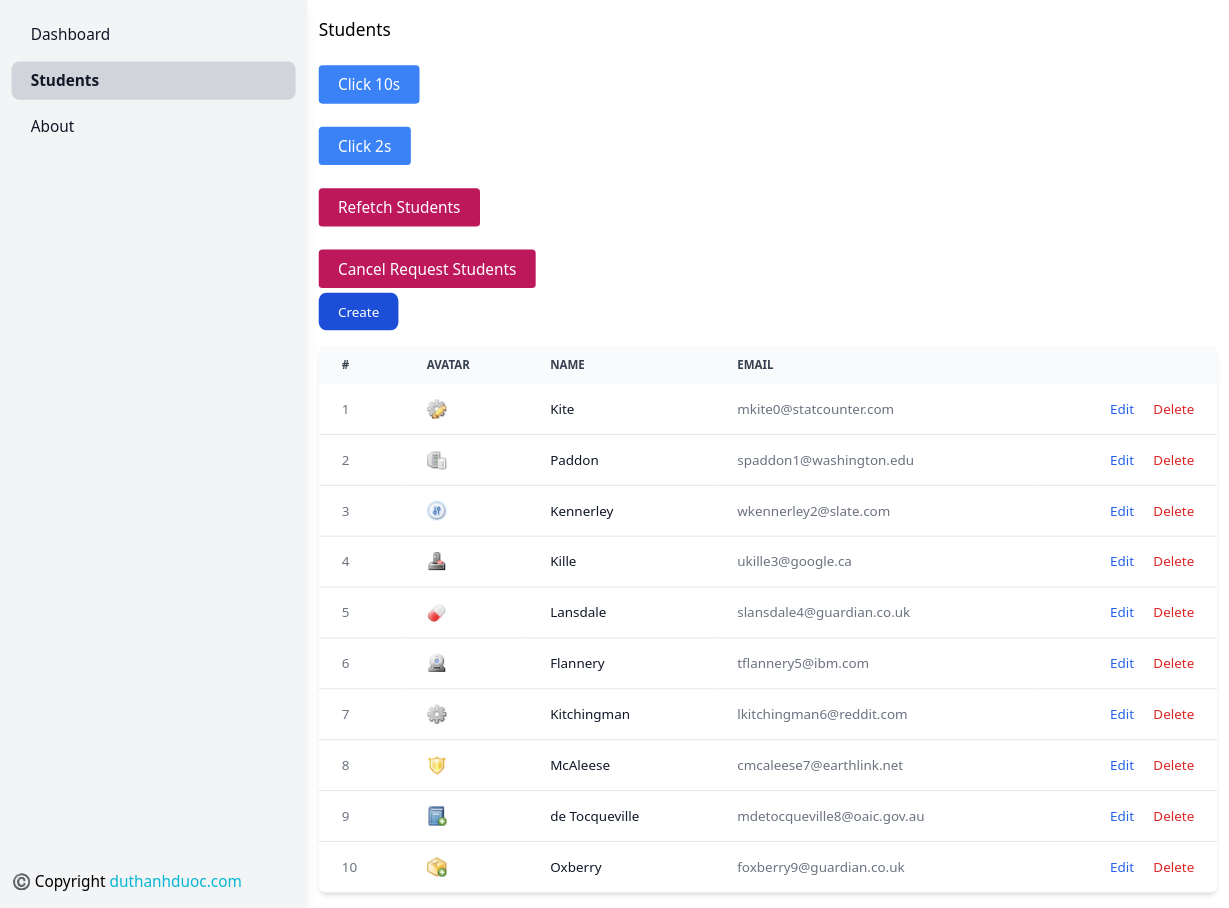
Repository: DoCaoLong/react-query
Page: /students (app in client/)
The author's editor kept a copy of each file at every save. The page is drawn from the files as they stood at one save, then again after the next save.
The browser window is 1280 px wide. The pictures show the whole page, at 96% of full size.
The project was rebuilt for these pictures with package versions that can differ from the ones it lists, and the page was loaded fresh each time. Some packages were replaced by stand-ins written for this rebuild. Requests to the local data server were answered from the project's data file. Also part of the build but not shown: client/src/pages/About/About.tsx, client/src/utils/isAxiosError.ts, client/src/pages/AddStudent/AddStudent.tsx, client/src/pages/Dashboard/Dashboard.tsx, client/src/pages/NotFound/NotFound.tsx.

Above is the page before, as saved 2023-04-25 11:54:53.

### client/src/App.tsx
import { useIsFetching, useIsMutating } from '@tanstack/react-query'
import Spinner from 'components/Spinner'
import MainLayout from 'layouts/MainLayout'
import About from 'pages/About'
import AddStudent from 'pages/AddStudent'
import Dashboard from 'pages/Dashboard'
import NotFound from 'pages/NotFound'
import Students from 'pages/Students'
import { useRoutes } from 'react-router-dom'

function App() {
  const elements = useRoutes([
    {
      path: '/',
      element: <Dashboard />
    },
    {
      path: '/students',
      element: <Students />
    },
    {
      path: '/students/:id',
      element: <AddStudent />
    },
    {
      path: '/students/add',
      element: <AddStudent />
    },
    {
      path: '/about',
      element: <About />
    },
    {
      path: '*',
      element: <NotFound />
    }
  ])

  const isFetching = useIsFetching()
  const isMutating = useIsMutating()

  return (
    <div className='App'>
      {isFetching + isMutating !== 0 && <Spinner />}
      <MainLayout>{elements}</MainLayout>
    </div>
  )
}

export default App

### client/src/components/Spinner/index.ts
import Spinner from 'components/Spinner/Spinner'

export default Spinner

### client/src/components/Spinner/Spinner.tsx
import React from 'react'

export default function Spinner() {
  return (
    <div role='status'>
      <svg
        aria-hidden='true'
        className='mr-2 h-8 w-8 animate-spin fill-blue-600 text-gray-200 dark:text-gray-600'
        viewBox='0 0 100 101'
        fill='none'
        xmlns='http://www.w3.org/2000/svg'
      >
        <path
          d='M100 50.5908C100 78.2051 77.6142 100.591 50 100.591C22.3858 100.591 0 78.2051 0 50.5908C0 22.9766 22.3858 0.59082 50 0.59082C77.6142 0.59082 100 22.9766 100 50.5908ZM9.08144 50.5908C9.08144 73.1895 27.4013 91.5094 50 91.5094C72.5987 91.5094 90.9186 73.1895 90.9186 50.5908C90.9186 27.9921 72.5987 9.67226 50 9.67226C27.4013 9.67226 9.08144 27.9921 9.08144 50.5908Z'
          fill='currentColor'
        />
        <path
          d='M93.9676 39.0409C96.393 38.4038 97.8624 35.9116 97.0079 33.5539C95.2932 28.8227 92.871 24.3692 89.8167 20.348C85.8452 15.1192 80.8826 10.7238 75.2124 7.41289C69.5422 4.10194 63.2754 1.94025 56.7698 1.05124C51.7666 0.367541 46.6976 0.446843 41.7345 1.27873C39.2613 1.69328 37.813 4.19778 38.4501 6.62326C39.0873 9.04874 41.5694 10.4717 44.0505 10.1071C47.8511 9.54855 51.7191 9.52689 55.5402 10.0491C60.8642 10.7766 65.9928 12.5457 70.6331 15.2552C75.2735 17.9648 79.3347 21.5619 82.5849 25.841C84.9175 28.9121 86.7997 32.2913 88.1811 35.8758C89.083 38.2158 91.5421 39.6781 93.9676 39.0409Z'
          fill='currentFill'
        />
      </svg>
      <span className='sr-only'>Loading...</span>
    </div>
  )
}

### client/src/layouts/MainLayout/MainLayout.tsx
import React from 'react'
import { NavLink } from 'react-router-dom'

interface Props {
  children?: React.ReactNode
}

export default function MainLayout({ children }: Props) {
  return (
    <div className='grid min-h-screen grid-cols-4'>
      <aside className='col-span-1' aria-label='Sidebar'>
        <div className='flex h-full flex-col overflow-y-auto bg-gray-100 py-4 px-3 shadow-lg'>
          <ul className='space-y-2'>
            <li>
              <NavLink
                to='/'
                end
                className={({ isActive }) => {
                  const activeClass = isActive ? 'bg-gray-300' : ''
                  return `flex items-center rounded-lg ${activeClass} p-2 text-base font-normal text-gray-900 hover:bg-gray-300`
                }}
              >
                {({ isActive }) => <span className={`ml-3 ${isActive ? 'font-bold' : ''}`}>Dashboard</span>}
              </NavLink>
            </li>
            <li>
              <NavLink
                to='/students'
                className={({ isActive }) => {
                  const activeClass = isActive ? 'bg-gray-300' : ''
                  return `flex items-center rounded-lg ${activeClass} p-2 text-base font-normal text-gray-900 hover:bg-gray-300`
                }}
              >
                {({ isActive }) => <span className={`ml-3 ${isActive ? 'font-bold' : ''}`}>Students</span>}
              </NavLink>
            </li>
            <li>
              <NavLink
                to='/about'
                className={({ isActive }) => {
                  const activeClass = isActive ? 'bg-gray-300' : ''
                  return `flex items-center rounded-lg ${activeClass} p-2 text-base font-normal text-gray-900 hover:bg-gray-300`
                }}
              >
                {({ isActive }) => <span className={`ml-3 ${isActive ? 'font-bold' : ''}`}>About</span>}
              </NavLink>
            </li>
          </ul>
          <div className='mt-auto'>
            ©️ Copyright{' '}
            <a href='https://duthanhduoc.com' target='_blank' rel='noreferrer' className='text-cyan-500'>
              duthanhduoc.com
            </a>
          </div>
        </div>
      </aside>
      <main className='col-span-3 h-full py-4 px-3'>{children}</main>
    </div>
  )
}

### client/src/pages/Students/Students.tsx
import { useMutation, useQuery, useQueryClient } from '@tanstack/react-query'
import { deleteStudent, getStudent, getStudents } from 'apis/student.api'
import { Link } from 'react-router-dom'
import { useQueryString } from 'utils/useSearchQueryString'
import classNames from 'classnames'
import { toast } from 'react-toastify'
const LIMIT = 10

export default function Students() {
  const queryClient = useQueryClient()
  const queryString: { page?: string } = useQueryString()
  const page = Number(queryString.page) || 1

  const studentsQuery = useQuery({
    queryKey: ['students', page],
    // call thong thuong va handle tay click stop call api
    // queryFn: ({ signal }) => getStudents(page, LIMIT, signal), // signal de huy call api tu axios

    // dung method cua axios de huy call api sau 5s
    queryFn: () => {
      const controller = new AbortController()
      setTimeout(() => {
        controller.abort()
      }, 5000)
      return getStudents(page, LIMIT, controller.signal)
    },
    retry: 0, // default call api 3 lan sau khi call error, set: 0 -> k retry
    keepPreviousData: true // call api ve r trigger ra view k hien loading
    // staleTime: 6 * 1000, // call lai api sau 60s
    // cacheTime: 8 * 1000 // cache data trong 80s thuong se
  })

  const deleteMutate = useMutation({
    mutationFn: (id: string | number) => deleteStudent(id),
    onSuccess: () => {
      queryClient.invalidateQueries({ queryKey: ['students', page], exact: true })
    }
    // c2
    //  onSuccess: (_,id) => {
    //   toast.success(`Delete Success Student Id: ${id}`)
    //   queryClient.invalidateQueries({ queryKey: ['students', page], exact: true })
    // }
  })

  const handleDelete = (id: string | number) => {
    deleteMutate.mutate(id, {
      onSuccess: () => {
        toast.success(`Delete Success Student Id: ${id}`)
      }
    })
  }

  const fetchStudent = (second: number) => {
    const id = '6'
    queryClient.prefetchQuery(['student', id], {
      queryFn: () => getStudent(id),
      staleTime: second * 1000
    })
  }

  const refetchStudents = () => {
    studentsQuery.refetch()
  }

  const cancelRequestStudents = () => {
    queryClient.cancelQueries({ queryKey: ['students', page] })
  }

  const totalStudentCount = Number(studentsQuery.data?.headers['x-total-count'])
  const totalPage = Math.ceil(totalStudentCount / LIMIT)

  return (
    <div>
      <h1 className='text-lg'>Students</h1>
      <div>
        <button className='mt-6 rounded bg-blue-500 px-5 py-2 text-white' onClick={() => fetchStudent(10)}>
          Click 10s
        </button>
      </div>
      <div>
        <button className='mt-6 rounded bg-blue-500 px-5 py-2 text-white' onClick={() => fetchStudent(2)}>
          Click 2s
        </button>
      </div>
      <div>
        <button className='mt-6 rounded bg-pink-700 px-5 py-2 text-white' onClick={refetchStudents}>
          Refetch Students
        </button>
      </div>
      <div>
        <button className='mt-6 rounded bg-pink-700 px-5 py-2 text-white' onClick={cancelRequestStudents}>
          Cancel Request Students
        </button>
      </div>
      <div className='mt-3'>
        <Link
          to='/students/add'
          type='button'
          className='mb-2 mr-2 rounded-lg bg-blue-700 px-5 py-2.5 text-sm font-medium text-white hover:bg-blue-800 focus:outline-none focus:ring-4 focus:ring-blue-300'
        >
          Create
        </Link>
      </div>
      {studentsQuery.isLoading ? (
        <div role='status' className='mt-6 animate-pulse'>
          <div className='mb-4 h-4  rounded bg-gray-200 dark:bg-gray-700' />
          <div className='mb-2.5 h-10  rounded bg-gray-200 dark:bg-gray-700' />
          <div className='mb-2.5 h-10 rounded bg-gray-200 dark:bg-gray-700' />
          <div className='mb-2.5 h-10  rounded bg-gray-200 dark:bg-gray-700' />
          <div className='mb-2.5 h-10  rounded bg-gray-200 dark:bg-gray-700' />
          <div className='mb-2.5 h-10  rounded bg-gray-200 dark:bg-gray-700' />
          <span className='sr-only'>Loading...</span>
        </div>
      ) : (
        <>
          {/* table */}
          <div className='relative mt-6 overflow-x-auto shadow-md sm:rounded-lg'>
            <table className='w-full text-left text-sm text-gray-500 dark:text-gray-400'>
              <thead className='bg-gray-50 text-xs uppercase text-gray-700 dark:bg-gray-700 dark:text-gray-400'>
                <tr>
                  <th scope='col' className='px-6 py-3'>
                    #
                  </th>
                  <th scope='col' className='px-6 py-3'>
                    Avatar
                  </th>
                  <th scope='col' className='px-6 py-3'>
                    Name
                  </th>
                  <th scope='col' className='px-6 py-3'>
                    Email
                  </th>
                  <th scope='col' className='px-6 py-3'>
                    <span className='sr-only'>Action</span>
                  </th>
                </tr>
              </thead>
              <tbody>
                {studentsQuery?.data?.data.map((item, index) => (
                  <tr
                    key={item.id}
                    className='border-b bg-white hover:bg-gray-50 dark:border-gray-700 dark:bg-gray-800 dark:hover:bg-gray-600'
                  >
                    <td className='px-6 py-4'>{item.id}</td>
                    <td className='px-6 py-4'>
                      <img src={item.avatar} alt='student' className='h-5 w-5' />
                    </td>
                    <th scope='row' className='whitespace-nowrap px-6 py-4 font-medium text-gray-900 dark:text-white'>
                      {item.last_name}
                    </th>
                    <td className='px-6 py-4'>{item.email}</td>
                    <td className='px-6 py-4 text-right'>
                      <Link
                        to={`/students/${item.id}`}
                        className='mr-5 font-medium text-blue-600 hover:underline dark:text-blue-500'
                      >
                        Edit
                      </Link>
                      <button
                        onClick={() => handleDelete(item.id)}
                        className='font-medium text-red-600 dark:text-red-500'
                      >
                        Delete
                      </button>
                    </td>
                  </tr>
                ))}
              </tbody>
            </table>
          </div>
          {/* close table */}

          {/* pagination */}
          {/* <div className='mt-6 flex justify-center'>
            <nav aria-label='Page navigation example'>
              <ul className='inline-flex -space-x-px'>
                <li>
                  {page === 1 ? (
                    <span className='cursor-not-allowed rounded-l-lg border border-gray-300 bg-white px-3 py-2 leading-tight text-gray-500 hover:bg-gray-100 hover:text-gray-700 '>
                      Previous
                    </span>
                  ) : (
                    <Link
                      className='rounded-l-lg border border-gray-300 bg-white px-3 py-2 leading-tight text-gray-500 hover:bg-gray-100 hover:text-gray-700 '
                      to={`/students?page=${page - 1}`}
                    >
                      Previous
                    </Link>
                  )}
                </li>

                {Array(totalPage)
                  .fill(0)
                  .map((_, index) => {
                    const pageNumber = index + 1
                    const isActive = page === pageNumber
                    return (
                      <li key={index}>
                        <Link
                          key={pageNumber}
                          className={classNames(
                            'border border-gray-300  px-3 py-2 leading-tight text-gray-500 hover:bg-gray-100 hover:text-gray-700',
                            { 'bg-gray-100 text-gray-700': isActive, 'bg-white text-gray-500': !isActive }
                          )}
                          to={`/students?page=${pageNumber}`}
                        >
                          {pageNumber}
                        </Link>
                      </li>
                    )
                  })}
                <li>
                  {page === totalPage ? (
                    <span className='cursor-not-allowed rounded-r-lg border border-gray-300 bg-white px-3 py-2 leading-tight text-gray-500 hover:bg-gray-100 hover:text-gray-700 '>
                      Next
                    </span>
                  ) : (
                    <Link
                      className='rounded-r-lg border border-gray-300 bg-white px-3 py-2 leading-tight text-gray-500 hover:bg-gray-100 hover:text-gray-700 '
                      to={`/students?page=${page + 1}`}
                    >
                      Next
                    </Link>
                  )}
                </li>
              </ul>
            </nav>
          </div> */}
          {/* close pagination */}
        </>
      )}
    </div>
  )
}

### client/src/apis/student.api.ts
import { IStudent, IStudents } from 'types/student.type'
import http from 'utils/http'

export const getStudents = (page: number | string, limit: number | string, signal?: AbortSignal) => {
  return http.get<IStudents>('students', {
    params: {
      _page: page,
      _limit: limit
    },
    signal
  })
}

export const getStudent = (id: number | string) => http.get<IStudent>(`students/${id}`)

export const addStudent = (student: Omit<IStudent, 'id'>) => http.post<IStudent>('students', student)

export const editStudent = (id: number | string, student: IStudent) => http.put<IStudent>(`students/${id} `, student)

export const deleteStudent = (id: number | string) => http.delete<{}>(`students/${id}`)

### client/src/utils/useSearchQueryString.ts
import { useSearchParams } from 'react-router-dom'

export const useQueryString = () => {
  const [searchParams] = useSearchParams()
  const searchParamsObject = Object.fromEntries([...searchParams])
  return searchParamsObject
}

### client/src/utils/http.ts
import axios, { AxiosInstance } from 'axios'

class Http {
  instance: AxiosInstance
  constructor() {
    this.instance = axios.create({
      baseURL: 'http://localhost:4000/',
      timeout: 10000,
      headers: {
        'Content-Type': 'application/json'
      }
    })
  }
}

const http = new Http().instance
export default http

Loaded but not shown: client/public/index.html (common file); client/src/index.tsx (common file); client/src/index.css (common file); client/src/reportWebVitals.ts (common file); client/src/layouts/MainLayout/index.ts (common file); client/src/pages/About/index.ts (common file); client/src/pages/AddStudent/index.ts (common file); client/src/pages/Dashboard/index.ts (common file); client/src/pages/NotFound/index.ts (common file); client/src/pages/Students/index.ts (common file); client/tailwind.config.js (common file); server/db.json (1004 lines, source omitted)

After the next save:
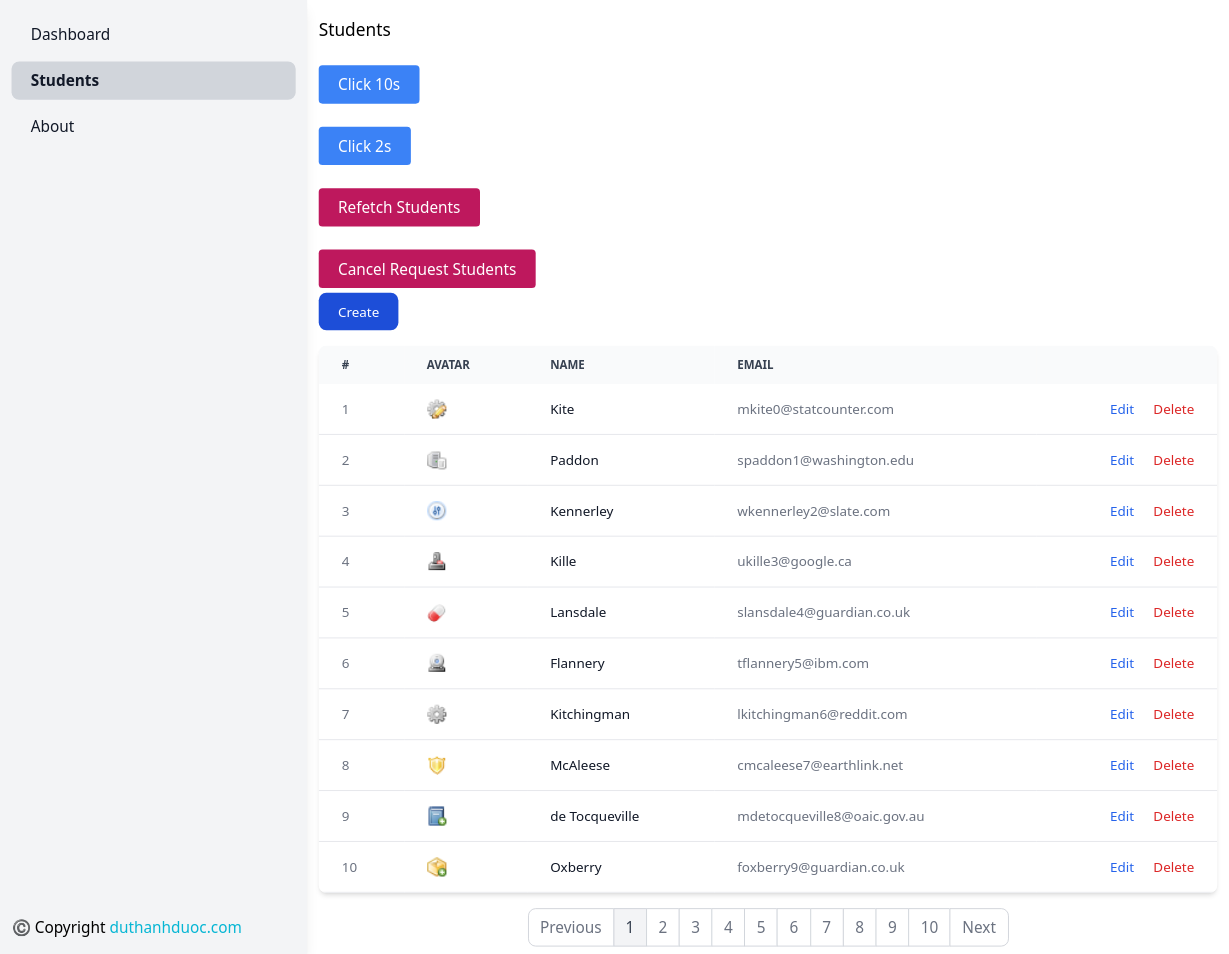
Saved 95 s later.
--- a/client/src/pages/Students/Students.tsx
+++ b/client/src/pages/Students/Students.tsx
@@ -68,6 +68,7 @@ export default function Students() {
 
   const totalStudentCount = Number(studentsQuery.data?.headers['x-total-count'])
   const totalPage = Math.ceil(totalStudentCount / LIMIT)
+  console.log(totalPage)
 
   return (
     <div>
@@ -171,7 +172,7 @@ export default function Students() {
           {/* close table */}
 
           {/* pagination */}
-          {/* <div className='mt-6 flex justify-center'>
+          <div className='mt-6 flex justify-center'>
             <nav aria-label='Page navigation example'>
               <ul className='inline-flex -space-x-px'>
                 <li>
@@ -225,7 +226,7 @@ export default function Students() {
                 </li>
               </ul>
             </nav>
-          </div> */}
+          </div>
           {/* close pagination */}
         </>
       )}
